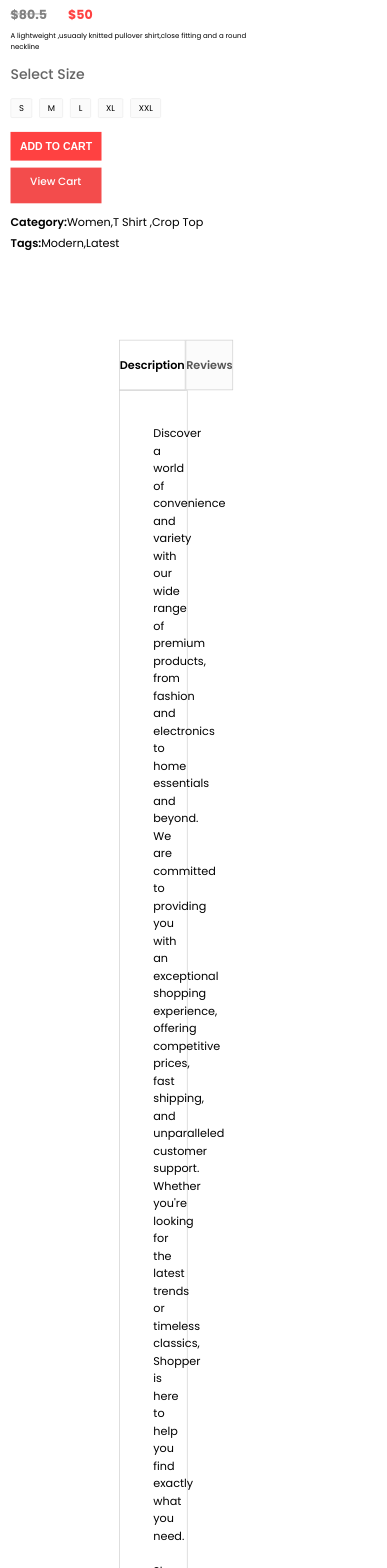
Repository: PayalJakhar/Shoppers-E-commerce-Website
Page: /product/1 (app in frontend/)
An editor plug-in stored every save of this project. The page is shown before and after the next save, followed by the edit.
The browser window is 375 px wide. The page is 553 px wide, so the pictures cover 553 px, including what lies to the right of the window. The pictures show the part of the page from y = 599 to 2839 px (the page is 4466 px tall before and 4462 px after), at 70% of full size.
The project was rebuilt for these pictures with package versions that can differ from the ones it lists, and the page was loaded fresh each time. Also part of the build but not shown: frontend/src/App.css, frontend/src/Components/Hero/Hero.css, frontend/src/Components/Hero/Hero.jsx, frontend/src/Components/Popular/Popular.css, frontend/src/Components/Popular/Popular.jsx, frontend/src/Components/Offers/Offers.css, frontend/src/Components/Offers/Offers.jsx, frontend/src/Components/NewCollections/NewCollections.css and 12 more.

Above is the page before, as saved 2025-01-17 19:10:08.

After the next save:
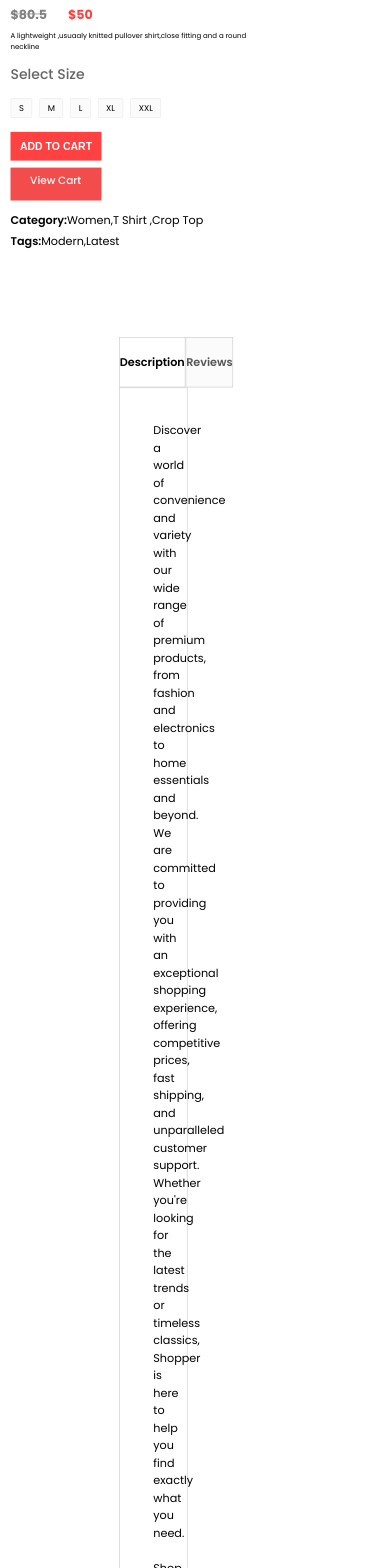
Saved 6 s later.
--- a/frontend/src/Components/ProductDisplay/ProductDisplay.css
+++ b/frontend/src/Components/ProductDisplay/ProductDisplay.css
@@ -397,7 +397,7 @@
         .view-cart-link{
             width: 102px;
             font-size: 15px;
-            padding: 8px 0px;
+            padding: 6px 0px;
             padding-left: 28px;
         }
 }
